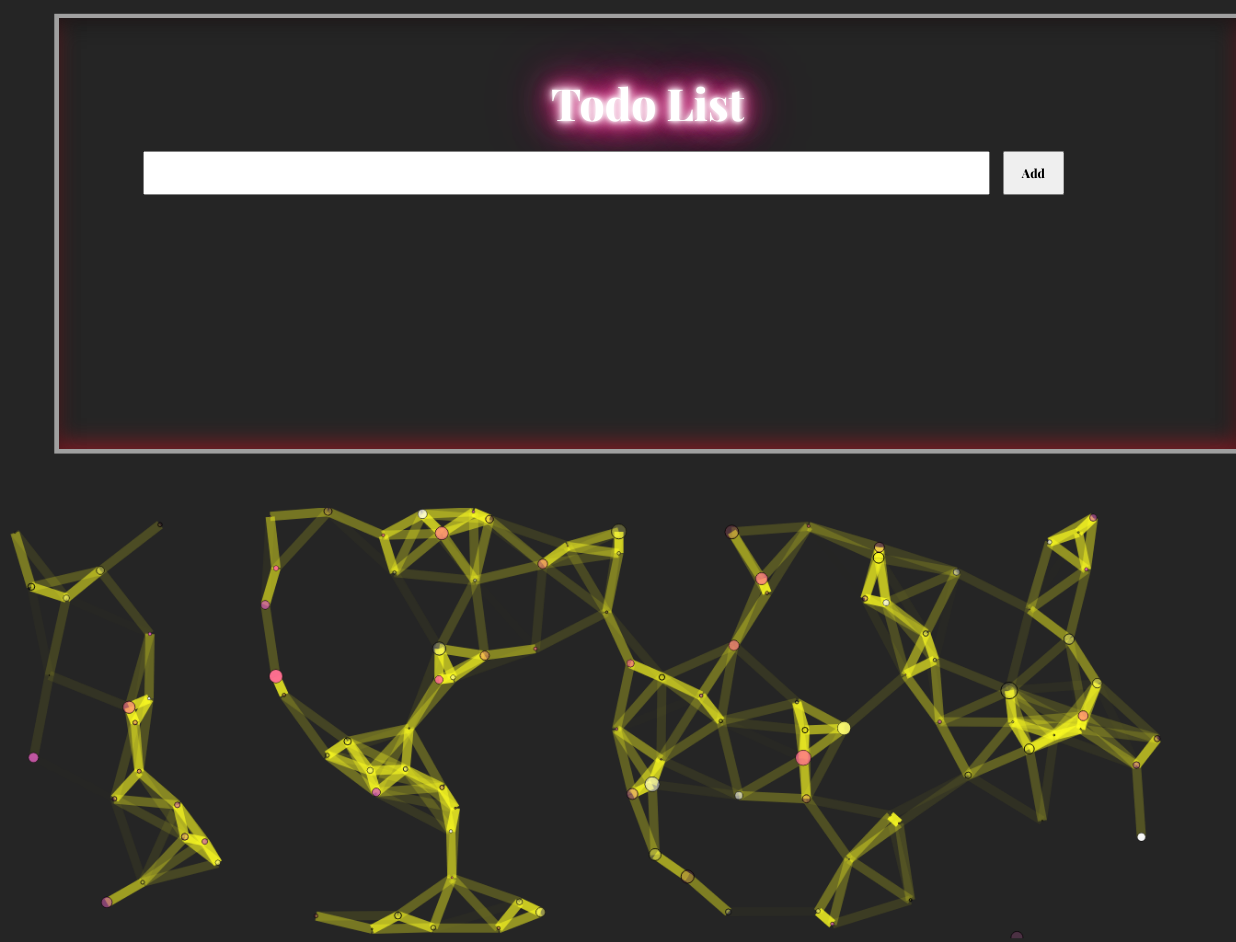
Repository: TENSAEA/----todo
Page: index.html
The author's editor kept a copy of each file at every save. The page is drawn from the files as they stood at one save, then again after the next save.
The browser window is 1280 px wide. The page is 1344 px wide, then 1280 px, so the pictures cover 1344 px, including what lies to the right of the window. The pictures show the whole page, at 92% of full size.
Some web fonts or font styles are not loaded; a fallback is used.

Above is the page before, as saved 2023-10-25 14:33:35.

### index.html
<!DOCTYPE html>
<html lang="en">
  <head>
    <meta charset="UTF-8" />
    <meta name="viewport" content="width=device-width, initial-scale=1.0" />
    <title>TodoList</title>
    <link rel="stylesheet" href="style.css" />
  </head>
  <body>
    <div id="particle">
      <div class="container">
        <h1>Todo List</h1>
        <br />
        <div class="header">
          <form class="form">
            <input type="text" id="add" />
            <label for="add"><button id="addBtn">Add</button></label>
          </form>
        </div>
        <div class="list-div">
          <!-- <div class="list-hide">
          <ul class="list">
            <li>
              <input class="list-text" type="text" id="edit" readonly />
              <label for="edit">
                <button class="edit">Edit</button
                ><button class="delete">Delete</button>
              </label>
            </li>
          </ul>
        </div> -->
        </div>
      </div>
    </div>
    <script src="particles.js"></script>
    <script src="https://cdn.jsdelivr.net/npm/particles.js@2.0.0/particles.min.js"></script>
    <script src="script.js"></script>
  </body>
</html>

### style.css
@import url('https://fonts.googleapis.com/css2?family=Bungee+Spice&family=Playfair+Display:wght@800&display=swap');

*{
   box-sizing:border-box;
   margin:0;
   padding:0;
   font-family: 'Bungee Spice', sans-serif;
font-family: 'Playfair Display', serif;}
body{
    background-color: #252525;
}

#particle{
    position: absolute;
      top: 0;
      left: 0;
      width: 100%;
      height: 65%;
      z-index: 2;

}

.container{
    -webkit-box-shadow: 0px 0px 0px 5px #A0A0A0, inset 0px 10px 27px -8px #141414, inset 0px -10px 27px -8px #A31925, 5px 5px 15px 5px rgba(0,0,0,0);
box-shadow: 0px 0px 0px 5px #A0A0A0, inset 0px 10px 27px -8px #141414, inset 0px -10px 27px -8px #A31925, 5px 5px 15px 5px rgba(0,0,0,0);
    display: flex;
    flex-direction: column;
    padding: 5%;
    margin:5%;
    margin-top:20px;
    flex-grow: 1;
    height: 100%;
    width:100%;
}

.container h1{
    margin-top:-5px;
    font-size:3em;
    text-align:center;
    color: #FFFFFF;
text-shadow: #FFF 0px 0px 5px, #FFF 0px 0px 10px, #FFF 0px 0px 15px, #FF2D95 0px 0px 20px, #FF2D95 0px 0px 30px, #FF2D95 0px 0px 40px, #FF2D95 0px 0px 50px, #FF2D95 0px 0px 75px;
color: #FFFFFF;


}

.header{
    padding-bottom: 2em;
}

#add{
    padding: 1em;
    width:80%;
    margin-left:2em;
}
.form label button{
    padding:1em;
    width:5em;
    margin-left:10px;
    cursor: pointer;
}

.list{
    padding-bottom: 20px;
}

.list li{
    list-style-type: none;
}

.list-div .list li .list-text{
    padding: 1em;
    width:60%;
    margin-left:60px;
}
.edit,.delete{
    padding:1em;
    width:70px;
    margin-left:10px;
    cursor: pointer;
}

@media (max-width:636px){

    .form label button{
        padding:10px;
        width:70px;
        margin:3% 40%;
        cursor: pointer;
    }
    .edit,.delete{
        padding:10px;
        width:70px;
        margin:2% 38%;
        cursor: pointer;
    }
    }

### particles.js
var config = {
  particles: {
    number: {
      value: 150,

      density: {
        enable: true,
        value_area: 786,
      },
    },
    color: {
      value: ["#ffffff", "#FF6F91", "#F9F871", "#D65DB1"],
    },
    shape: {
      type: "circle",
      stroke: {
        width: 1,
        color: "#000000",
      },
      polygon: {
        nb_sides: 12,
      },
      image: {
        src: "",
        width: 100,
        height: 100,
      },
    },
    opacity: {
      value: 1,
      random: true,
      anim: {
        enable: true,
        speed: 1,
        opacity_min: 0,
        sync: false,
      },
    },
    size: {
      value: 10,
      random: true,
      anim: {
        enable: true,
        speed: 3,
        size_min: 0.3,
        sync: false,
      },
    },
    line_linked: {
      enable: true,
      distance: 100,
      color: "#ff2",
      opacity: 1,
      width: 10,
    },
    move: {
      enable: true,
      speed: 1.3,
      direction: "top",
      random: true,
      straight: true,
      out_mode: "out",
      bounce: false,
      attract: {
        enable: true,
        rotateX: 2082.2488,
        rotateY: 3363.6328,
      },
    },
  },
  interactivity: {
    detect_on: "canvas",
    events: {
      onhover: {
        enable: true,
        mode: "grab",
      },
      onclick: {
        enable: true,
        mode: "repulse",
      },
      resize: true,
    },
    modes: {
      grab: {
        distance: 70,
        line_linked: {
          opacity: 0.5,
        },
      },
      bubble: {
        distance: 100,
        size: 5,
        duration: 8.598243,
        opacity: 0,
        speed: 3,
      },
      repulse: {
        distance: 150,
        duration: 0.8,
      },
      push: {
        particles_nb: 4,
      },
      remove: {
        particles_nb: 2,
      },
    },
  },
  retina_detect: true,
};

window.onload = function () {
  let clause = window.innerWidth < 768;
  config.particles.number.value = clause ? 80 : 150;
  particlesJS("particle", config);
};

### script.js
window.addEventListener("load", () => {
  let addInput = document.getElementById("add");
  let addBtn = document.getElementById("addBtn");

  addBtn.addEventListener("click", (e) => {
    e.preventDefault();
    console.log("clicked");
    let list = document.querySelector(".list-div");
    let ul = document.createElement("ul");
    ul.classList.add("list");
    let li = document.createElement("li");
    ul.appendChild(li);
    let input = document.createElement("input");
    input.classList.add("list-text");
    input.type = "text";
    input.id = "edit";
    input.setAttribute("readonly", "readonly");
    input.value = addInput.value;
    li.appendChild(input);

    let label = document.createElement("label");
    label.setAttribute("for", "edit");
    li.appendChild(label);
    let buttonOne = document.createElement("button");
    buttonOne.classList.add("edit");
    buttonOne.textContent = "Edit";
    label.appendChild(buttonOne);
    let buttonTwo = document.createElement("button");
    buttonTwo.classList.add("delete");
    buttonTwo.textContent = "Delete";
    label.appendChild(buttonTwo);

    let listHide = document.createElement("div");
    listHide.classList.add("list-hide");

    listHide.appendChild(ul);
    list.appendChild(listHide);

    buttonOne.addEventListener("click", () => {
      if (buttonOne.textContent.toLowerCase() == "edit") {
        input.removeAttribute("readonly");
        buttonOne.textContent = "Save";
        input.focus();
      } else {
        input.setAttribute("readonly", "readonly");
        buttonOne.textContent = "Edit";
      }
    });

    buttonTwo.addEventListener("click", () => {
      list.removeChild(listHide);
    });
  });
});

After the next save:
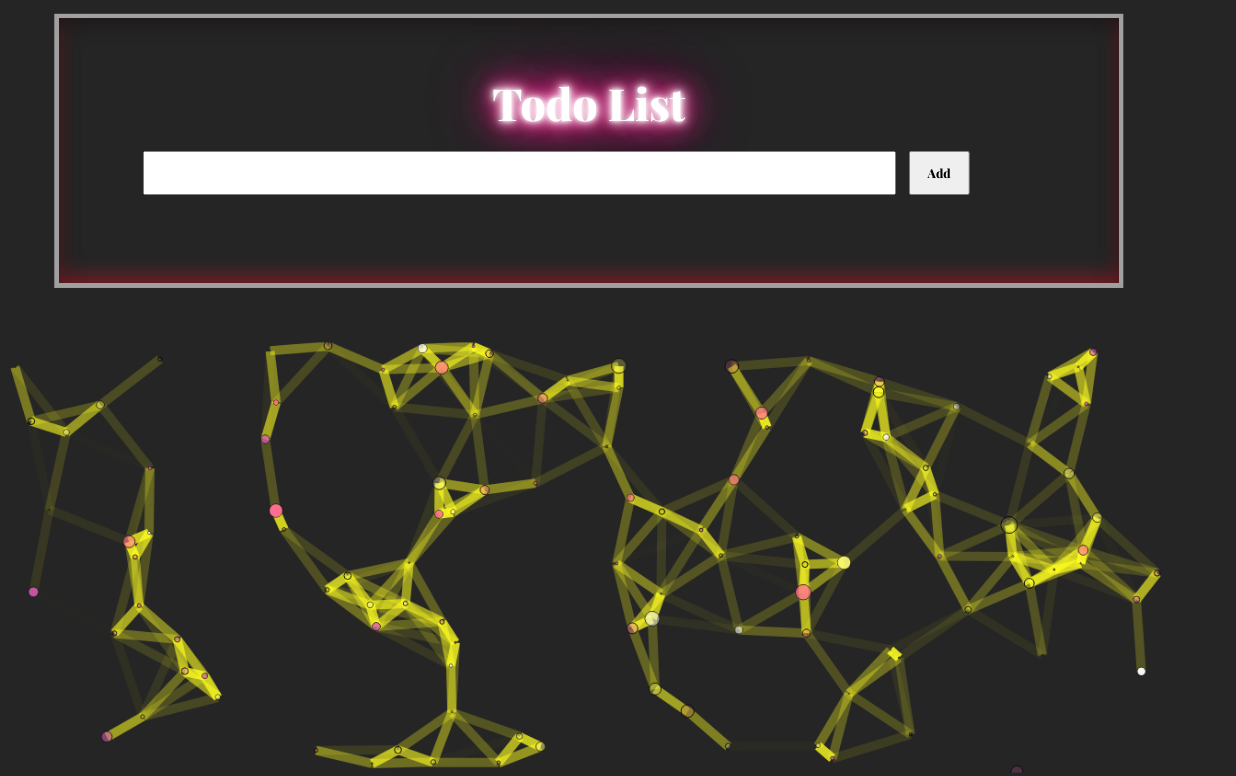
Saved 52 s later.
--- a/style.css
+++ b/style.css
@@ -29,8 +29,7 @@ box-shadow: 0px 0px 0px 5px #A0A0A0, inset 0px 10px 27px -8px #141414, inset 0px
     margin:5%;
     margin-top:20px;
     flex-grow: 1;
-    height: 100%;
-    width:100%;
+    flex:1;
 }
 
 .container h1{
